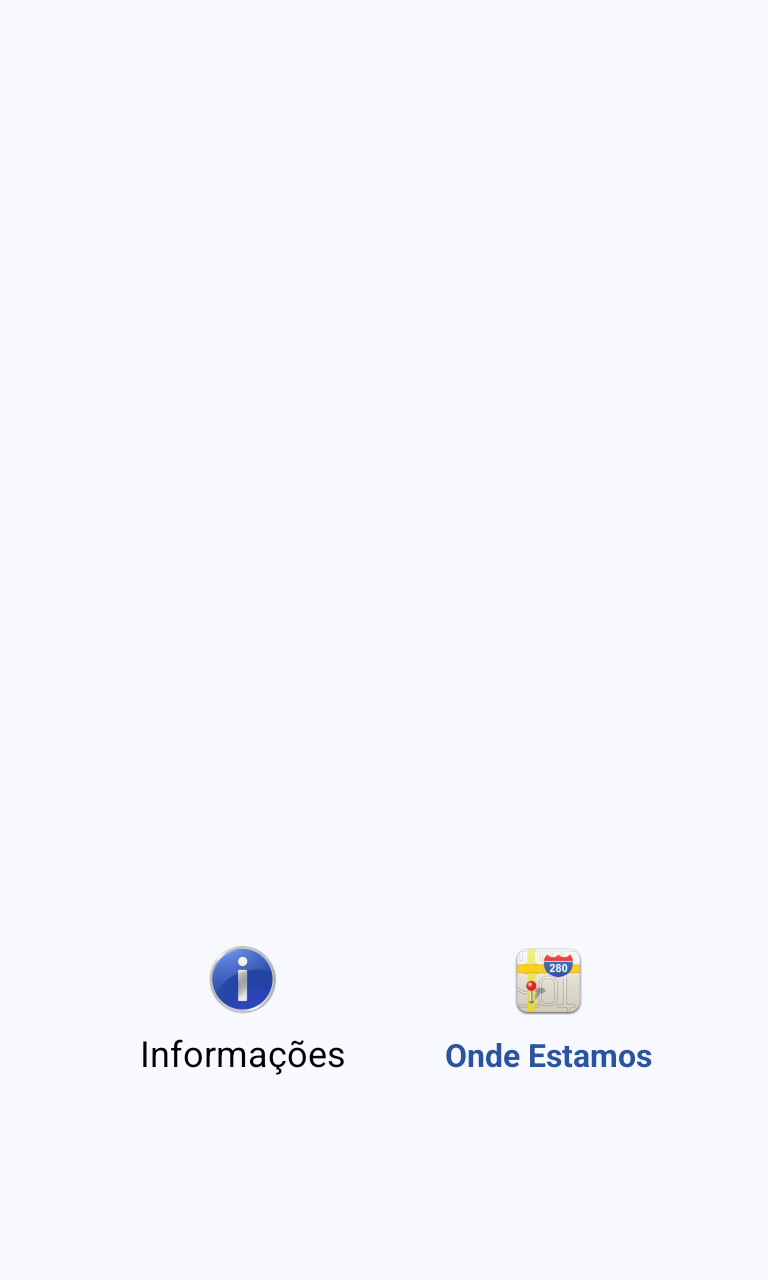
Repository: lmqs/ProjetoAndroid
Layout: TopicosProjeto/res/layout/activity_questoes.xml
These files come from the project's save history. The layout is drawn as it stood at one moment and after the next save; the edit follows.
It is drawn on a 768 x 1280 px phone screen (xhdpi) without system bars, with theme AppTheme; the app's code is not run.

Above is the layout before, as saved 2014-04-27 14:59:30.

After the next save:
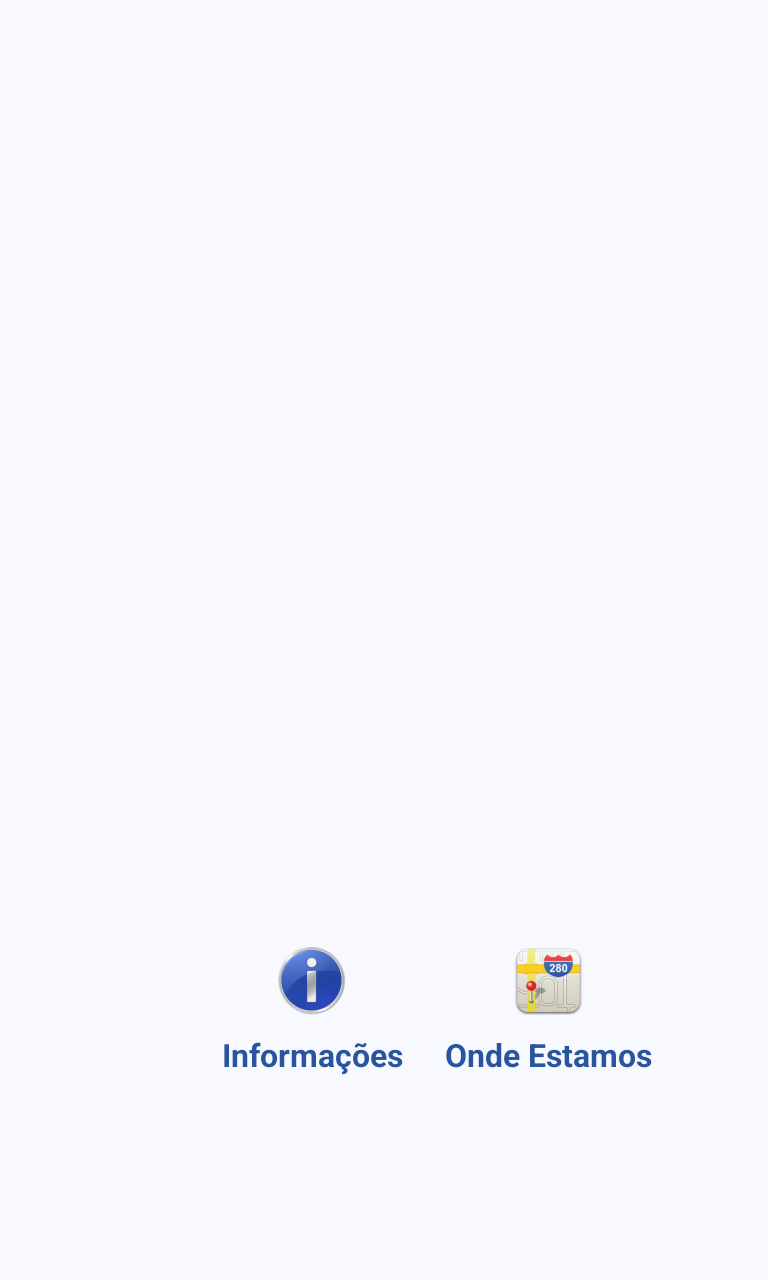
Saved 24 s later.
--- a/TopicosProjeto/res/layout/activity_questoes.xml
+++ b/TopicosProjeto/res/layout/activity_questoes.xml
@@ -24,12 +24,13 @@
 
     <Button
         android:id="@+id/button2"
+        style="@style/DashboardButton"
         android:layout_width="wrap_content"
         android:layout_height="wrap_content"
         android:layout_alignBaseline="@+id/button1"
         android:layout_alignBottom="@+id/button1"
-        android:layout_alignParentLeft="true"
-        android:layout_marginLeft="54dp"
+        android:layout_marginRight="21dp"
+        android:layout_toLeftOf="@+id/button1"
         android:background="@android:color/transparent"
         android:drawableTop="@drawable/info"
         android:text="Informações" />
